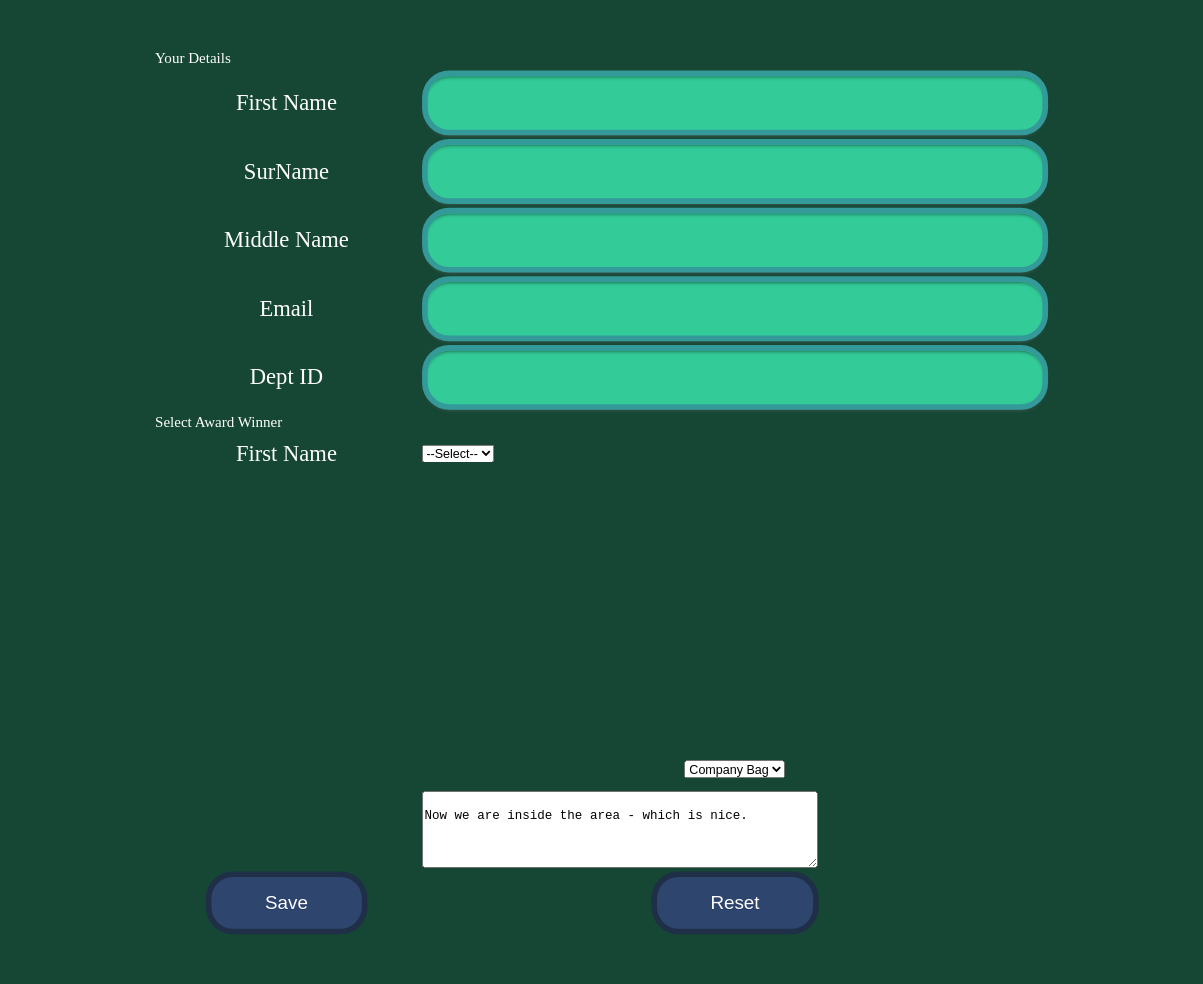
Repository: prajaktamore/Web-Based-Programming-3
Page: http://localhost/BinaryCalculator/Awards.jsp
An editor plug-in stored every save of this project. The page is shown before and after the next save, followed by the edit.
The browser window is 1280 px wide. The pictures show the whole page, at 94% of full size.
The page is served by Tomcat 9.

Above is the page before, as saved 2014-04-30 18:12:22.

After the next save:
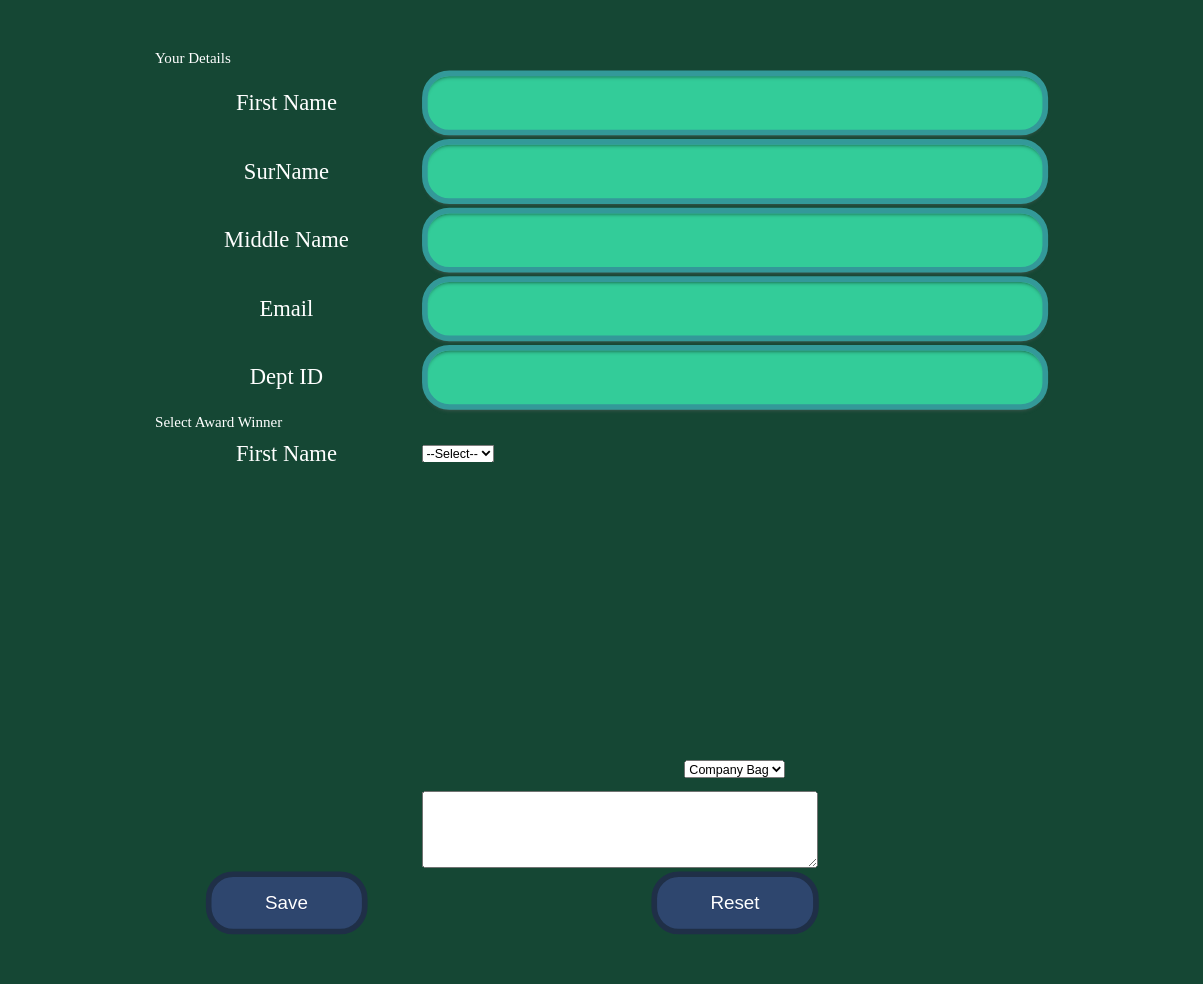
Saved 30 s later.
--- a/BinaryCalculator/WebContent/Awards.jsp
+++ b/BinaryCalculator/WebContent/Awards.jsp
@@ -138,9 +138,7 @@
  					</tr>
  					<tr>
  						<td height="40" align="center"> <label id="lr5" style="color:#ffffff;font-size:24px;visibility:hidden;" >You have made a difference..</label> </td>
- 						<td><textarea cols="50" rows="5" name="myname">
-						     Now we are inside the area - which is nice.
-						</textarea>
+ 						<td><textarea cols="50" rows="5" name="myname" id="myname"></textarea>
 						</td>
  					</tr>
   					<tr>
